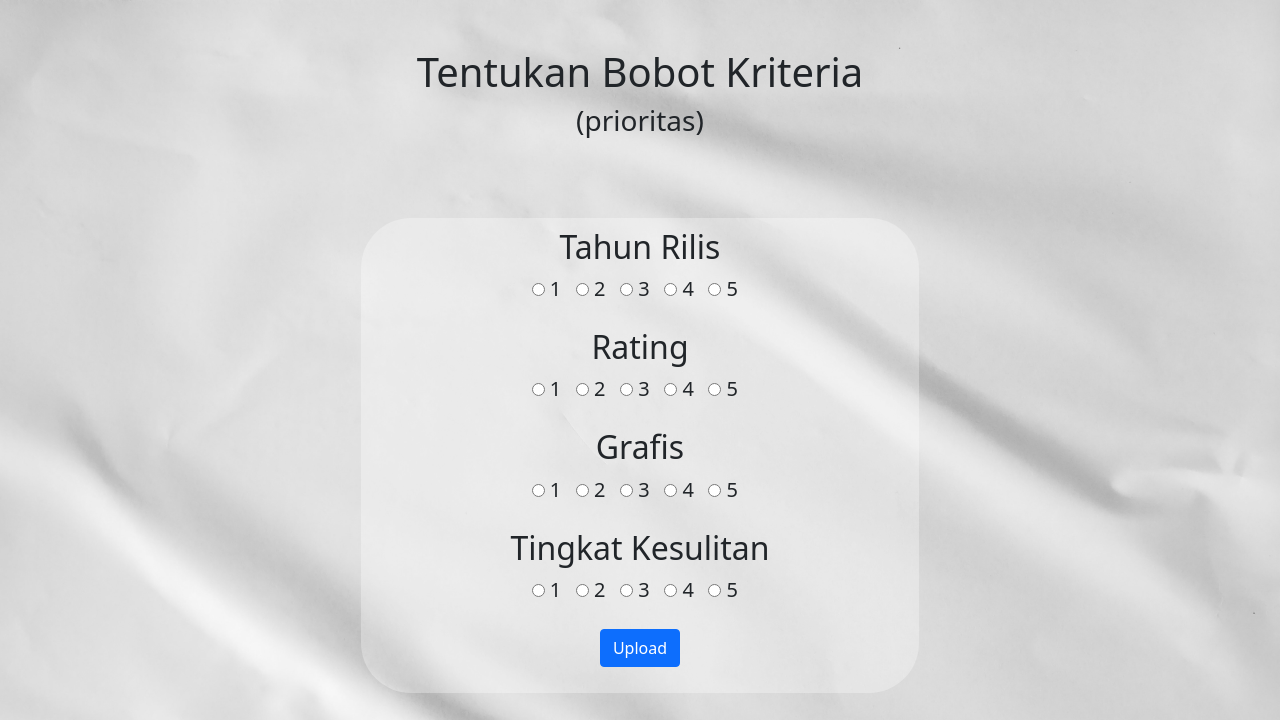
Repository: aqordeon/SPKWP
Page: http://localhost/hitungKriteria.php
These files come from the project's save history. The page is drawn as it stood at one moment and after the next save; the edit follows.
The browser window is 1280 px wide. The pictures show the whole page.
The page is run by PHP 8.4 with error messages shown; the project is at /var/www/html/. Queries for data that is not in the repository find no rows.

Above is the page before, as saved 2021-01-13 23:48:48.

After the next save:
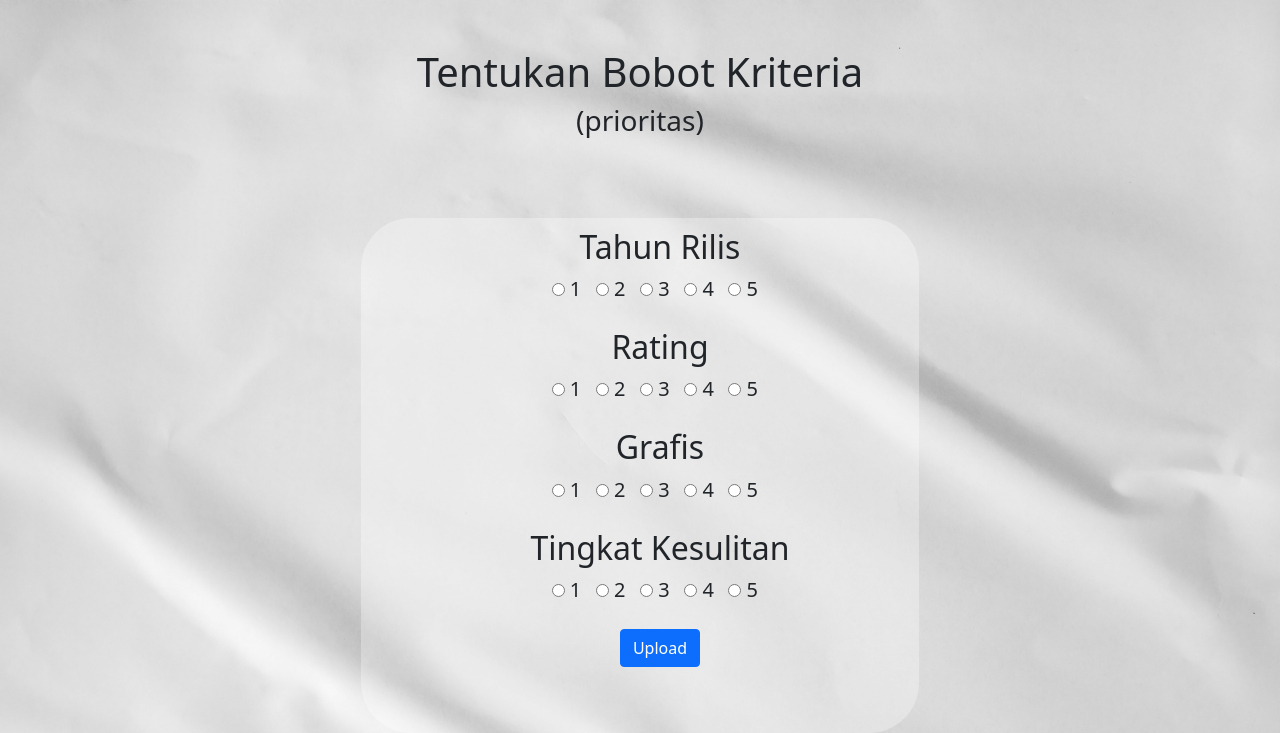
Saved 17 s later.
--- a/hitungKriteria.php
+++ b/hitungKriteria.php
@@ -33,7 +33,7 @@
             ?>
 
             <!-- FORM -->
-            <div class="container" style="padding: 10px; border-radius: 50px; width: 50%; background-color: rgba(255,255,255,0.3">
+            <div class="container" style="padding: 10px 10px 50px 50px; border-radius: 50px; width: 50%; background-color: rgba(255,255,255,0.3">
                 <form method="post" action="" enctype='multipart/form-data'>
                     <h2 style="">Tahun Rilis</h2>
                     <input type="radio" id="optradio_tahunrilis1" name="radio_tahunrilis" value="1" required="required"><label for="optradio_tahunrilis1">&nbsp;1&nbsp;&nbsp;</label>

After the save that followed:
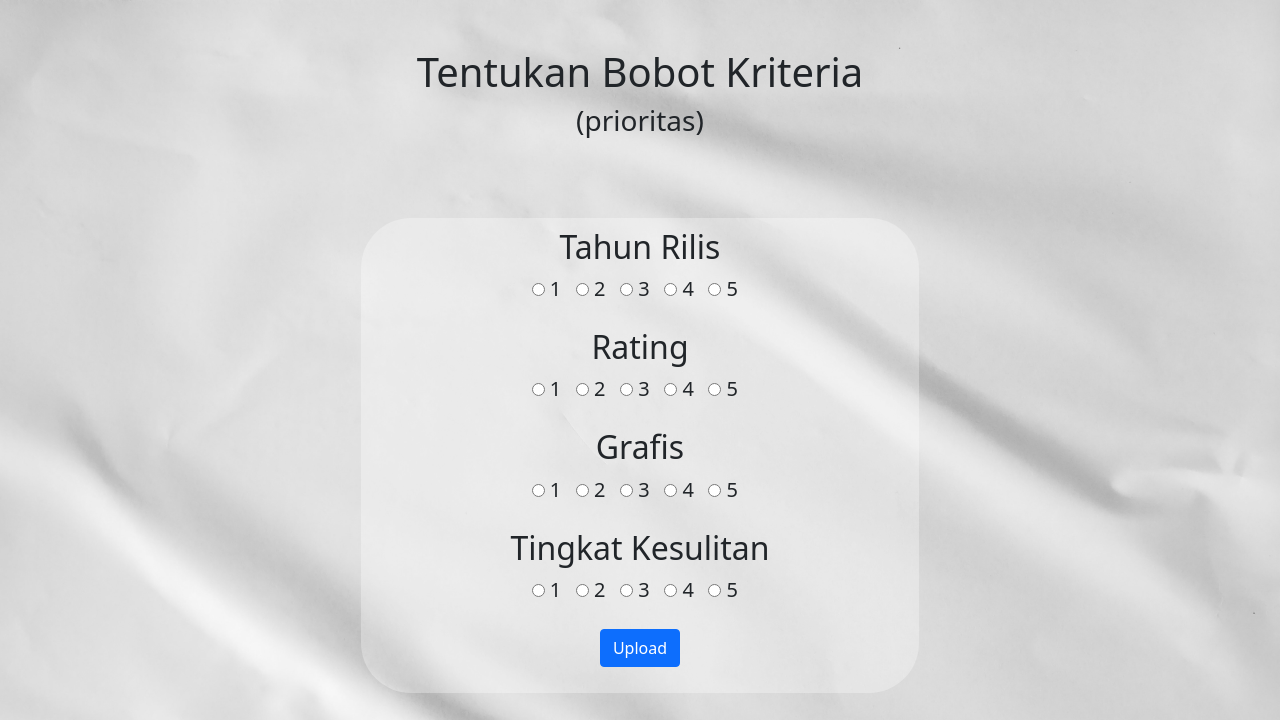
Saved 6 s later.
--- a/hitungKriteria.php
+++ b/hitungKriteria.php
@@ -33,7 +33,7 @@
             ?>
 
             <!-- FORM -->
-            <div class="container" style="padding: 10px 10px 50px 50px; border-radius: 50px; width: 50%; background-color: rgba(255,255,255,0.3">
+            <div class="container" style="padding: 10px; border-radius: 50px; width: 50%; background-color: rgba(255,255,255,0.3">
                 <form method="post" action="" enctype='multipart/form-data'>
                     <h2 style="">Tahun Rilis</h2>
                     <input type="radio" id="optradio_tahunrilis1" name="radio_tahunrilis" value="1" required="required"><label for="optradio_tahunrilis1">&nbsp;1&nbsp;&nbsp;</label>
